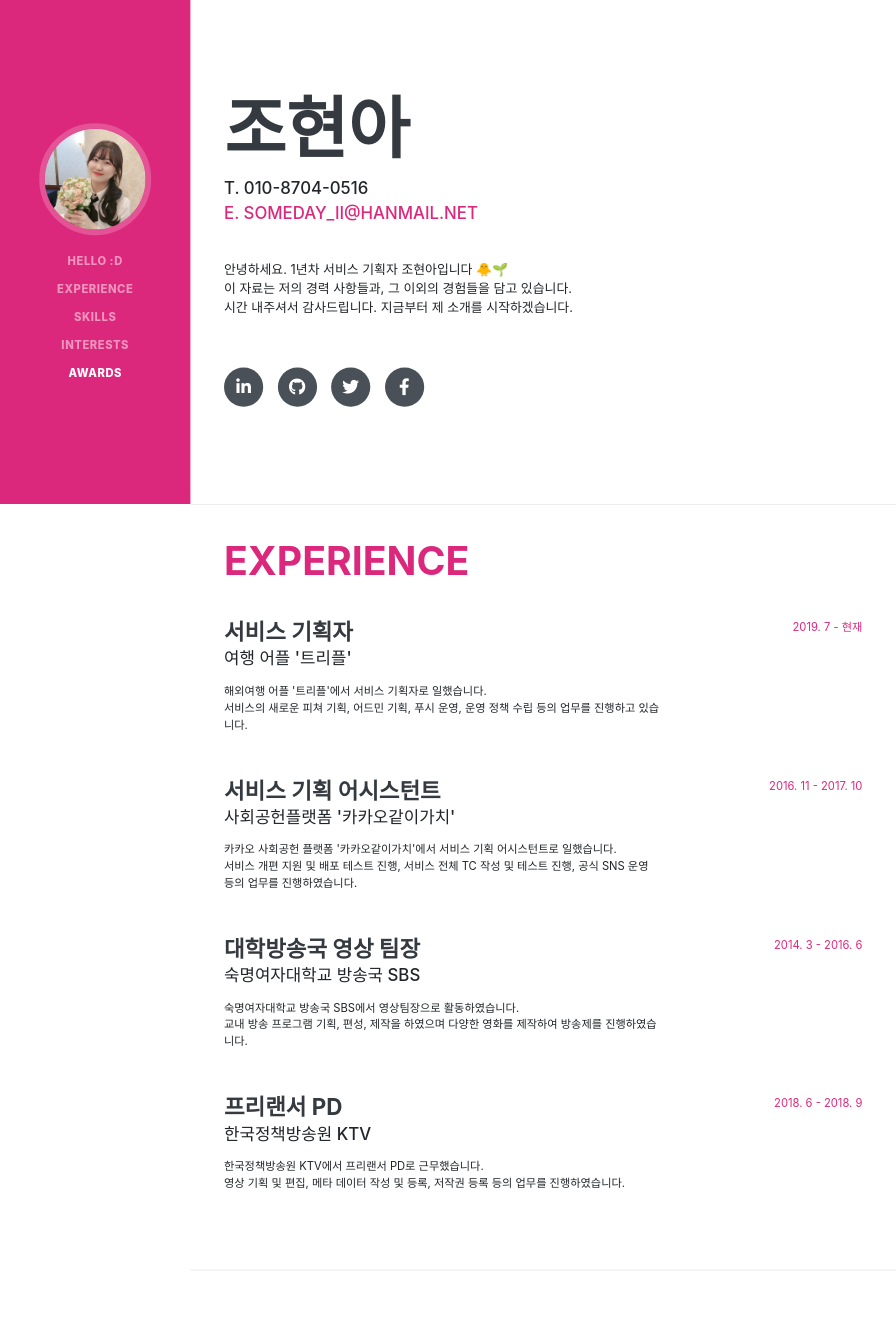
Repository: hyunah-aha/hyunah-aha
Page: Resume/index.html
The author's editor kept a record of every edit. The page is drawn from the files as they stood at one moment, then again after the next edit.
The browser window is 1280 px wide. The pictures show the part of the page from y = 0 to 1920 px (the page is 4823 px tall), at 70% of full size.
A picture or video elsewhere on the page could not be fetched, so the positions and the page height are approximate. Some web fonts or font styles are not loaded; a fallback is used.

Above is the page before.

After the next edit:
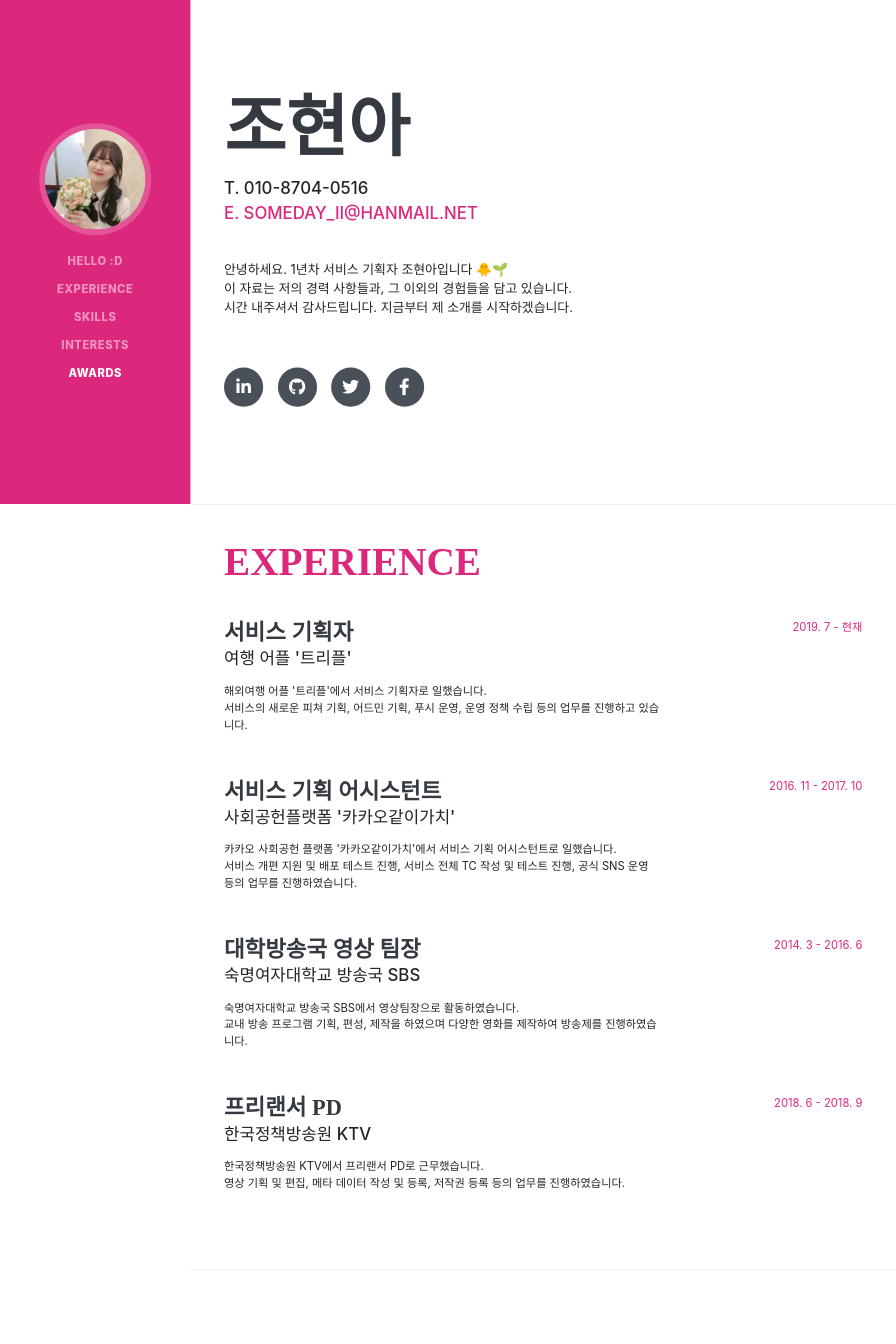
The edit:
--- a/Resume/css/resume.css
+++ b/Resume/css/resume.css
@@ -24,7 +24,7 @@
 h4,
 h5,
 h6 {
-  font-family: 'Saira Extra Condensed', -apple-system, BlinkMacSystemFont, 'Segoe UI', Roboto, 'Helvetica Neue', Arial, sans-serif, 'Apple Color Emoji', 'Segoe UI Emoji', 'Segoe UI Symbol', 'Noto Color Emoji';
+  font-family: 'MapoGoldenPier'; src: url('https://cdn.jsdelivr.net/gh/projectnoonnu/noonfonts_2001@1.1/MapoGoldenPierA.woff') format('woff'); font-weight: normal; font-style: normal;
   font-weight: 700;
   text-transform: uppercase;
   color: #343a40;
